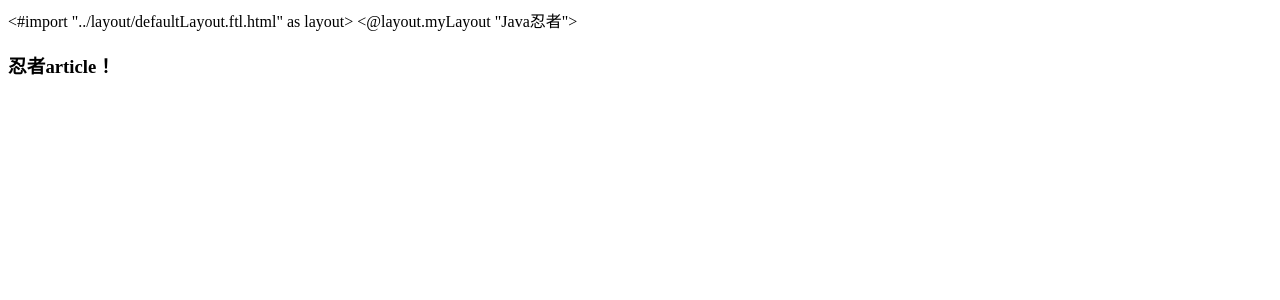
Repository: JavaProgrammerLB/JavaNinja
Page: firstNinjaProject/src/main/java/views/ApplicationControl/article.ftl.html
These files come from the project's save history. The page is drawn as it stood at one moment and after the next save; the edit follows.
The browser window is 1280 px wide. The pictures show the whole page.

Above is the page before, as saved 2015-06-09 03:57:23.
Console error: ReferenceError: ninjaArticle is not defined

After the next save:
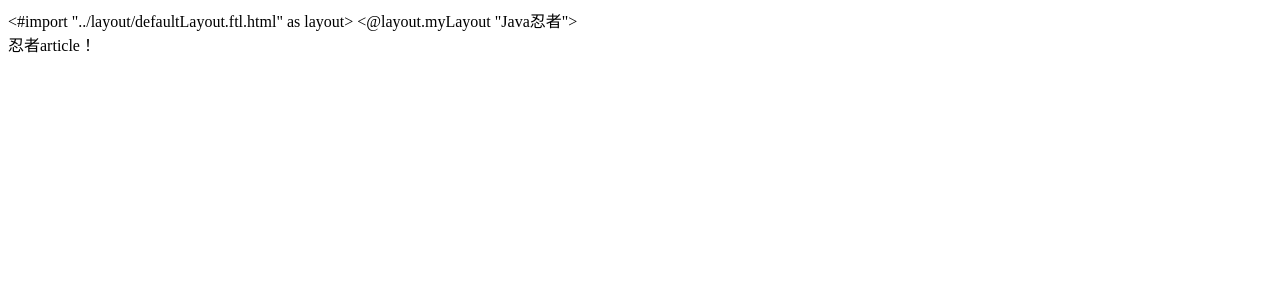
Saved 25 s later.
--- a/firstNinjaProject/src/main/java/views/ApplicationControl/article.ftl.html
+++ b/firstNinjaProject/src/main/java/views/ApplicationControl/article.ftl.html
@@ -4,6 +4,6 @@
 		document.domain(ninjaArticle);
 </script>
 	<div>
-		<h3 id="ninjaArticle">忍者article！</h3>
+		<a id="ninjaArticle" click="click">忍者article！</a>
 	</div>
 </@layout.myLayout>
